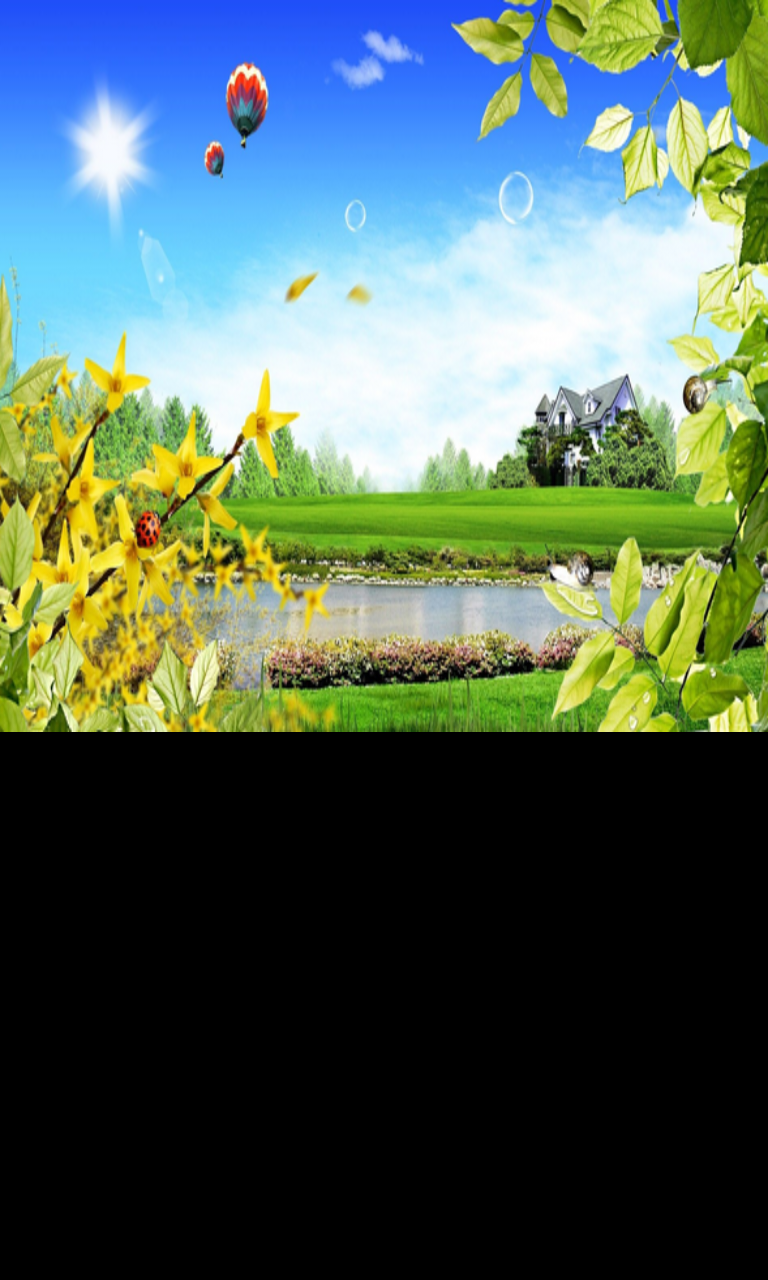
Repository: GuangmingChan/DevelopAndroidApp
Layout: demoImageView/res/layout/main.xml
The author's editor kept a copy of each file at every save. The layout is drawn from the files as they stood at one save, then again after the next save.
It is drawn on a 768 x 1280 px phone screen (xhdpi) without system bars, with theme android:Theme.Holo; the app's code is not run.

Above is the layout before, as saved 2017-03-13 06:28:13.

### demoImageView/res/layout/main.xml
<?xml version="1.0" encoding="utf-8"?>
<LinearLayout xmlns:android="http://schemas.android.com/apk/res/android"
    android:layout_width="fill_parent"
    android:layout_height="fill_parent"
    android:orientation="vertical" >

    <ImageView
        android:src="@drawable/sunshine"
        android:adjustViewBounds="false"
        android:layout_width="wrap_content"
        android:layout_height="wrap_content"
        android:maxWidth="300dp"
        android:maxHeight="200dp"
        android:scaleType="fitXY"
    />

</LinearLayout>

After the next save:
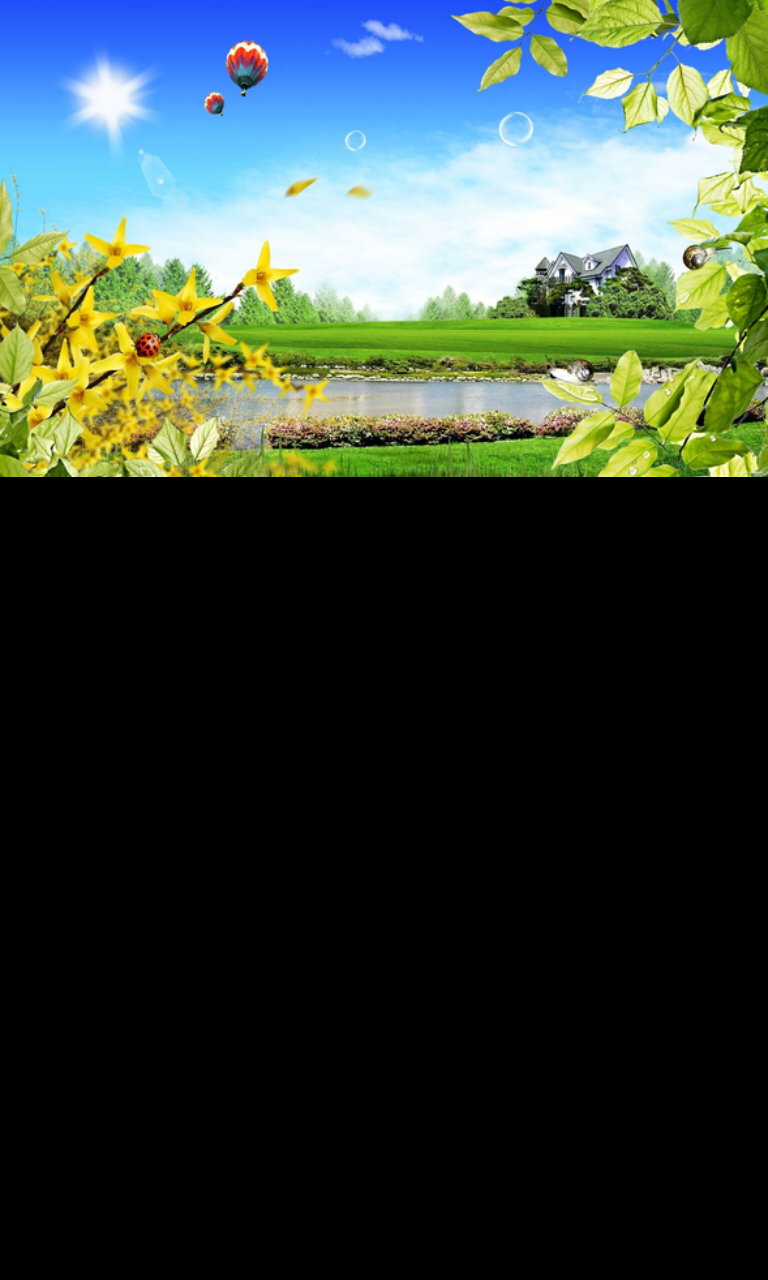
Saved 68 s later.
--- a/demoImageView/res/layout/main.xml
+++ b/demoImageView/res/layout/main.xml
@@ -11,7 +11,7 @@
         android:layout_height="wrap_content"
         android:maxWidth="300dp"
         android:maxHeight="200dp"
-        android:scaleType="fitXY"
+        android:scaleType="fitStart"
     />
 
 </LinearLayout>
